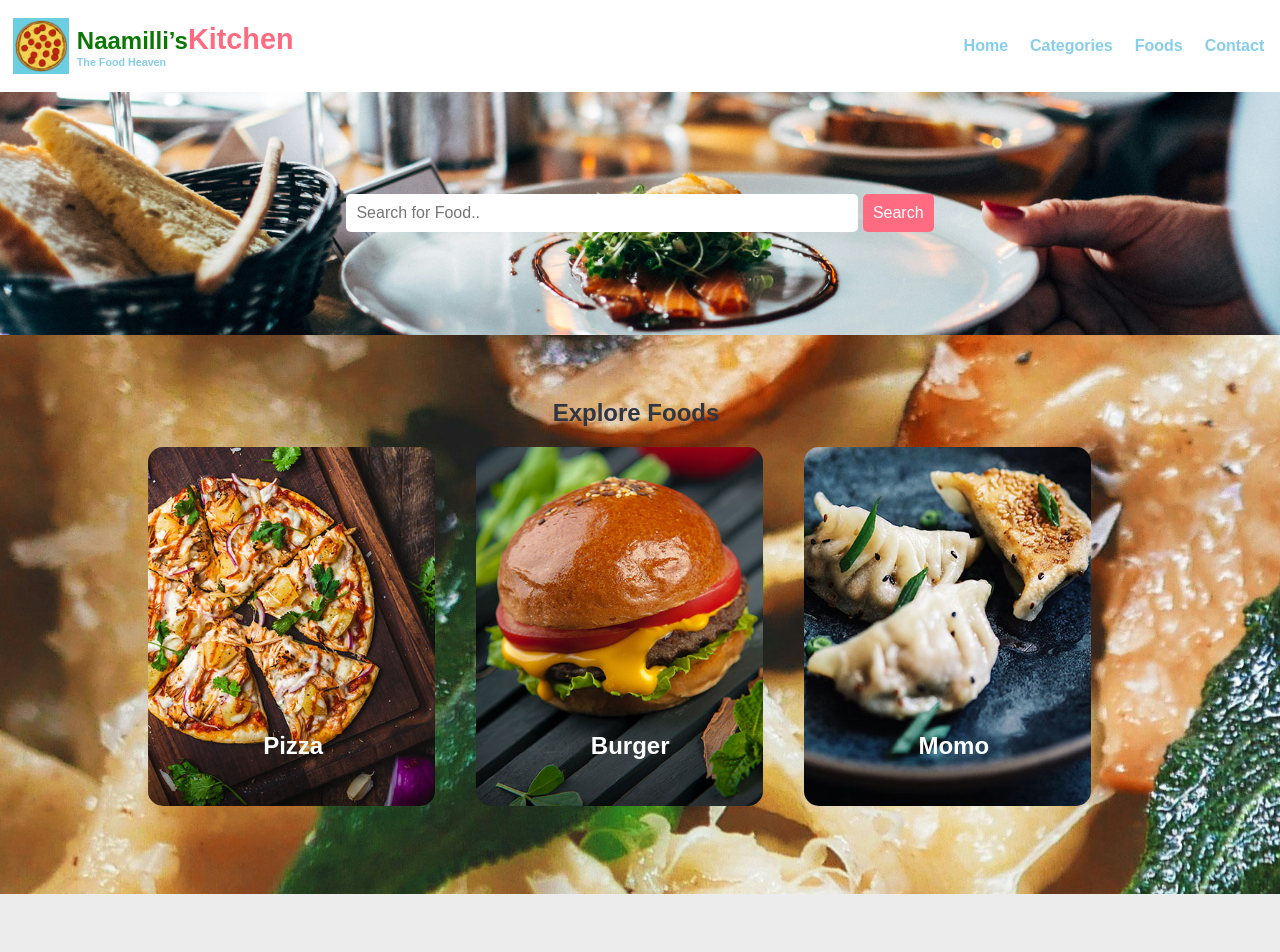
Repository: Saviour-Dagadu/Naamilli
Page: index.html
An editor plug-in stored every save of this project. The page is shown before and after the next save, followed by the edit.
The browser window is 1280 px wide. The pictures show the part of the page from y = 0 to 952 px (the page is 2117 px tall).
A picture or video elsewhere on the page could not be fetched, so the positions and the page height are approximate.

Above is the page before, as saved 2024-12-03 17:55:15.

After the next save:
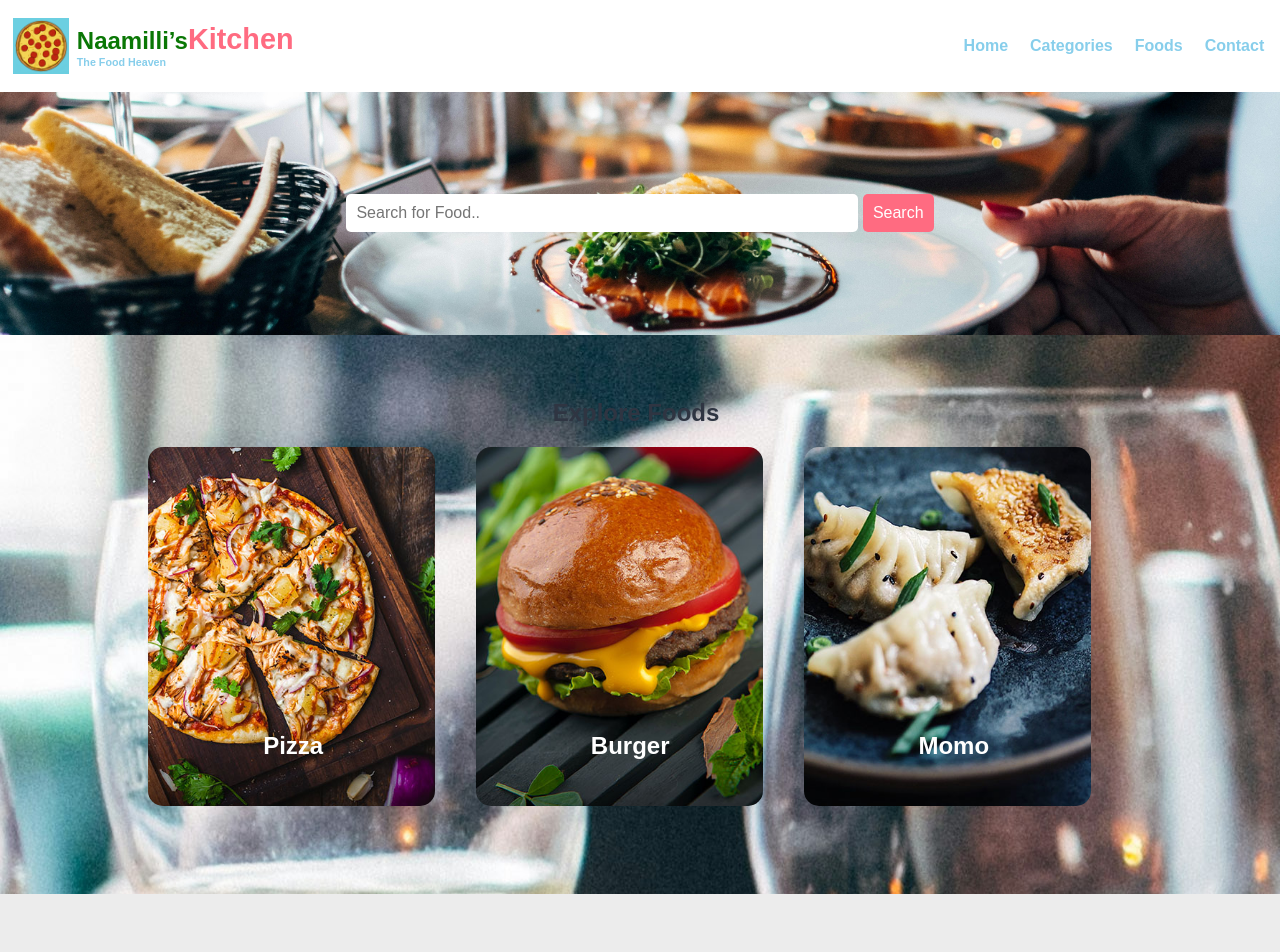
Saved 75 s later.
--- a/css/style.css
+++ b/css/style.css
@@ -146,7 +146,7 @@ fieldset{
 /* CSS for Categories */
 .categories{
     padding: 4% 0;
-    background-image: url(../images/eaters-collective-ddZYOtZUnBk-unsplash.jpg);
+    background-image: url(../images/jay-wennington-N_Y88TWmGwA-unsplash.jpg);
 }
 
 .box-3{
